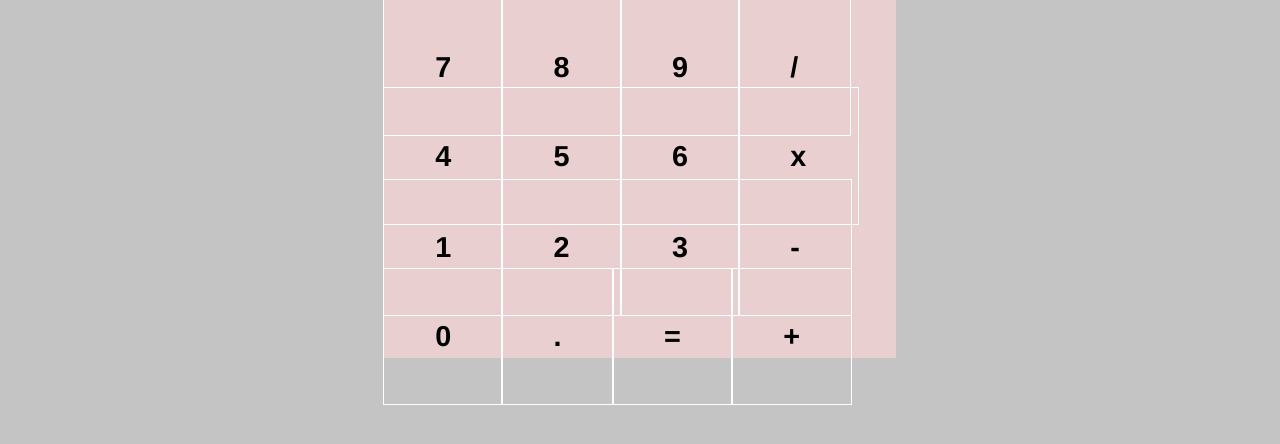
Repository: raulpenate/Calculadora-VUE3
Page: /
The author's editor kept a copy of each file at every save. The page is drawn from the files as they stood at one save, then again after the next save.
The browser window is 1280 px wide. The pictures show the whole page.
The project was rebuilt for these pictures with package versions that can differ from the ones it lists, and the page was loaded fresh each time. Also part of the build but not shown: src/components/HelloWorld.vue.

Above is the page before, as saved 2022-03-11 08:36:03.

After the next save:
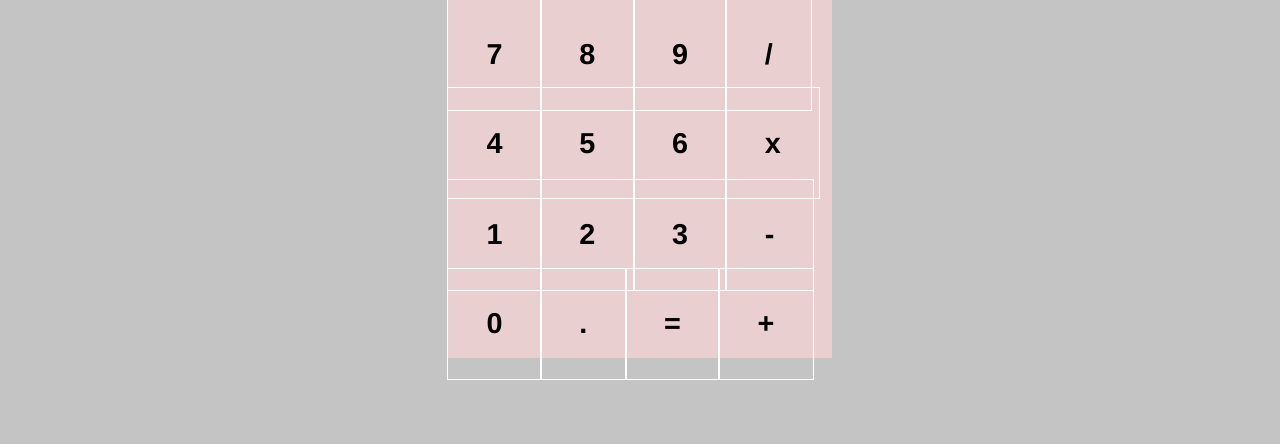
Saved 11 s later.
--- a/src/components/Calculator.vue
+++ b/src/components/Calculator.vue
@@ -41,7 +41,7 @@ export default {};
 
 body{
     background: #c4c4c4;
-    margin: auto 30%;
+    margin: auto 35%;
 }
 
 .carcasa{
